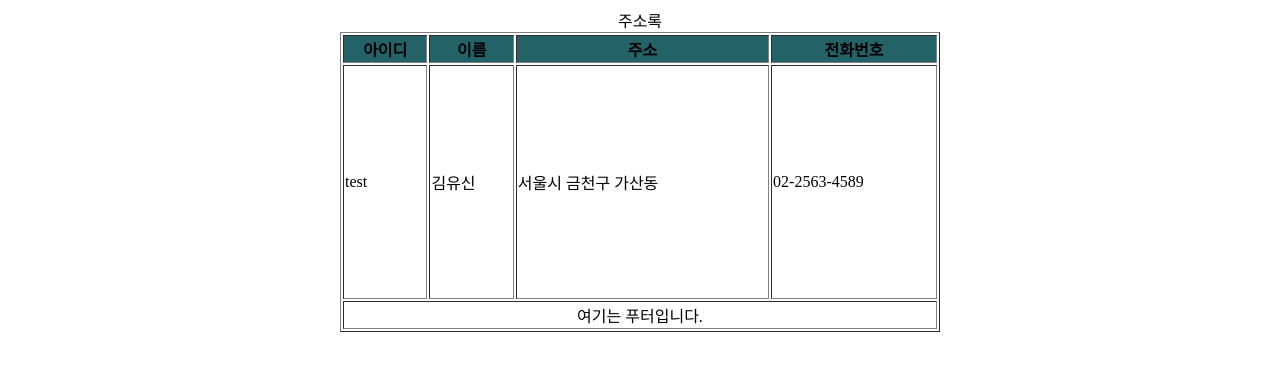
Repository: rightsecond3/java52
Page: workspace_script/dev_html/WebContent/html_table/table_1.html
These files come from the project's save history. The page is drawn as it stood at one moment and after the next save; the edit follows.
The browser window is 1280 px wide. The pictures show the whole page.

Above is the page before, as saved 2019-06-10 02:20:49.

### workspace_script/dev_html/WebContent/html_table/table_1.html
<!DOCTYPE html>
<html>
<head>
<meta charset="UTF-8">
<title>주소록</title>
</head>
<body>
	<table align="center" border="1" width="600px" height="300px">
		<!-- 테이블의 이름 지정 -->
		<caption>주소록</caption>
		<thead>
			<!-- 로우 -->
			<tr bgColor="#236267">
				<!-- 컬럼 -->
				<th>아이디</th>
				<th>이름</th>
				<th>주소</th>
				<th>전화번호</th>
			</tr>
		</thead>
		<tbody>
			<tr>
				<td>test</td>
				<td>김유신</td>
				<td>서울시 금천구 가산동</td>
				<td>02-2563-4589</td>
			</tr>
		</tbody>
		<tfoot>
			<tr>
				<!-- colspan:셀병합, align : 정렬상태 -->
				<td colspan="4" align="center">여기는 푸터입니다.</td>
			</tr>
		</tfoot>
	</table>
</body>
</html>

After the next save:
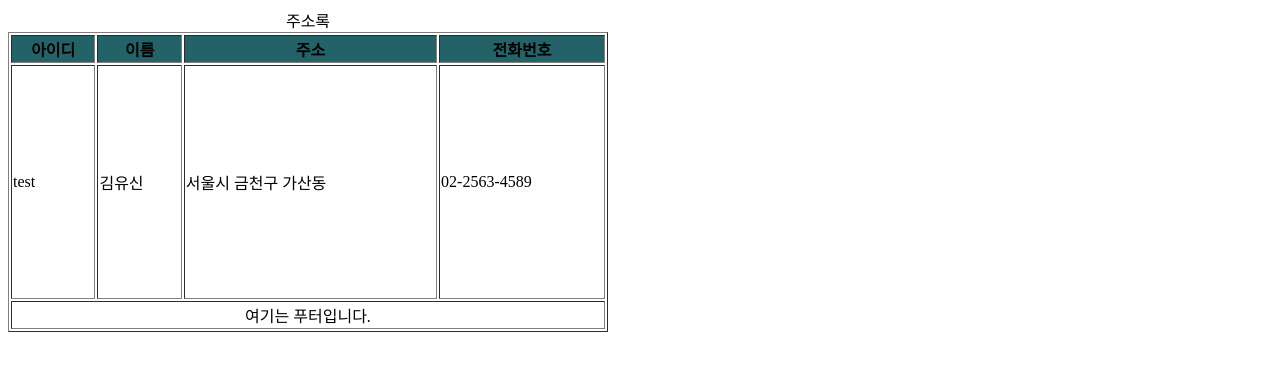
Saved 10 s later.
--- a/workspace_script/dev_html/WebContent/html_table/table_1.html
+++ b/workspace_script/dev_html/WebContent/html_table/table_1.html
@@ -5,7 +5,7 @@
 <title>주소록</title>
 </head>
 <body>
-	<table align="center" border="1" width="600px" height="300px">
+	<table border="1" width="600px" height="300px">
 		<!-- 테이블의 이름 지정 -->
 		<caption>주소록</caption>
 		<thead>
